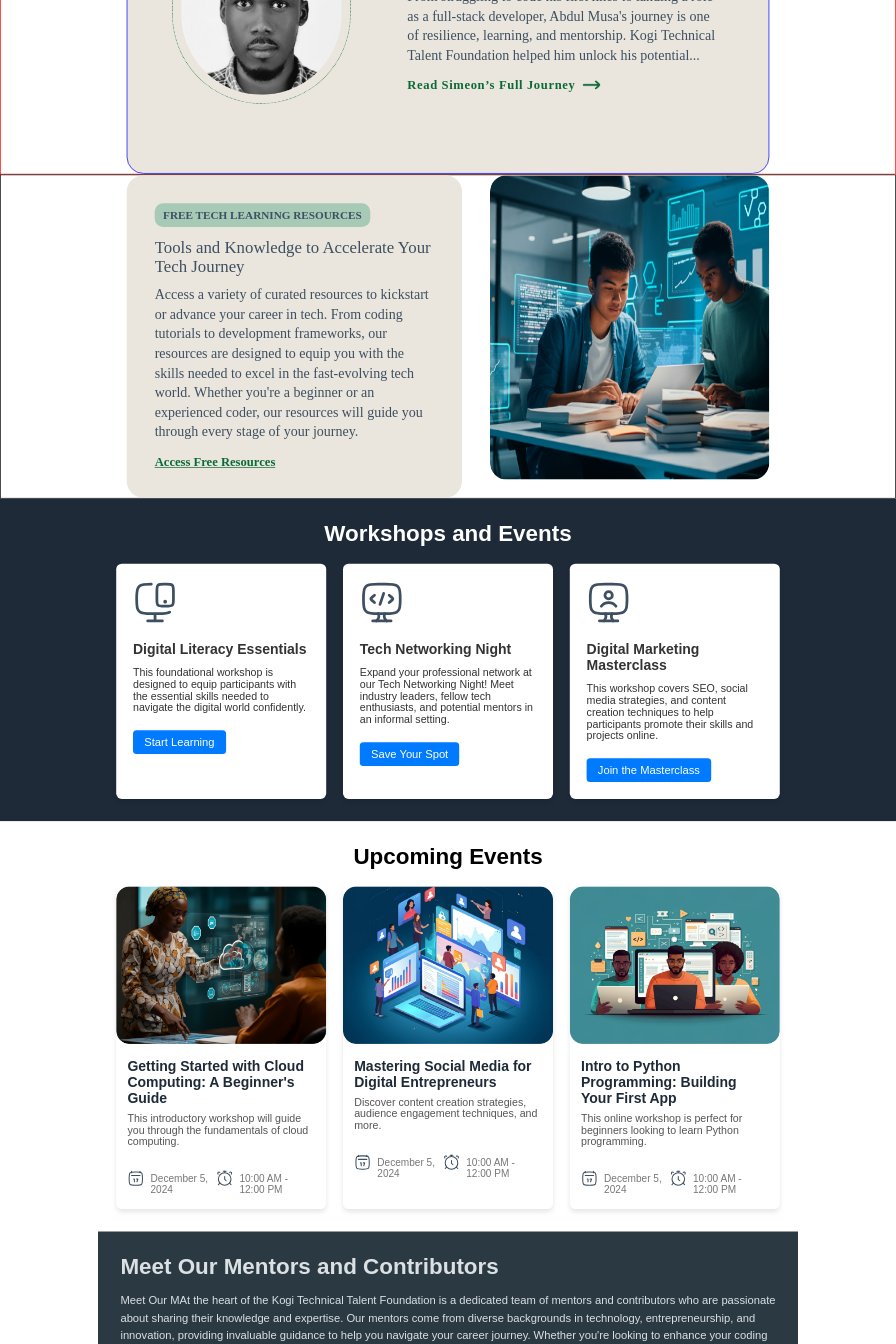
Repository: Cryptim/3MTT-Kogi-Foundation
Page: index.html
An editor plug-in stored every save of this project. The page is shown before and after the next save, followed by the edit.
The browser window is 1280 px wide. The pictures show the part of the page from y = 826 to 2746 px (the page is 7206 px tall before and 7391 px after), at 70% of full size.

Above is the page before, as saved 2024-11-15 02:29:47.

After the next save:
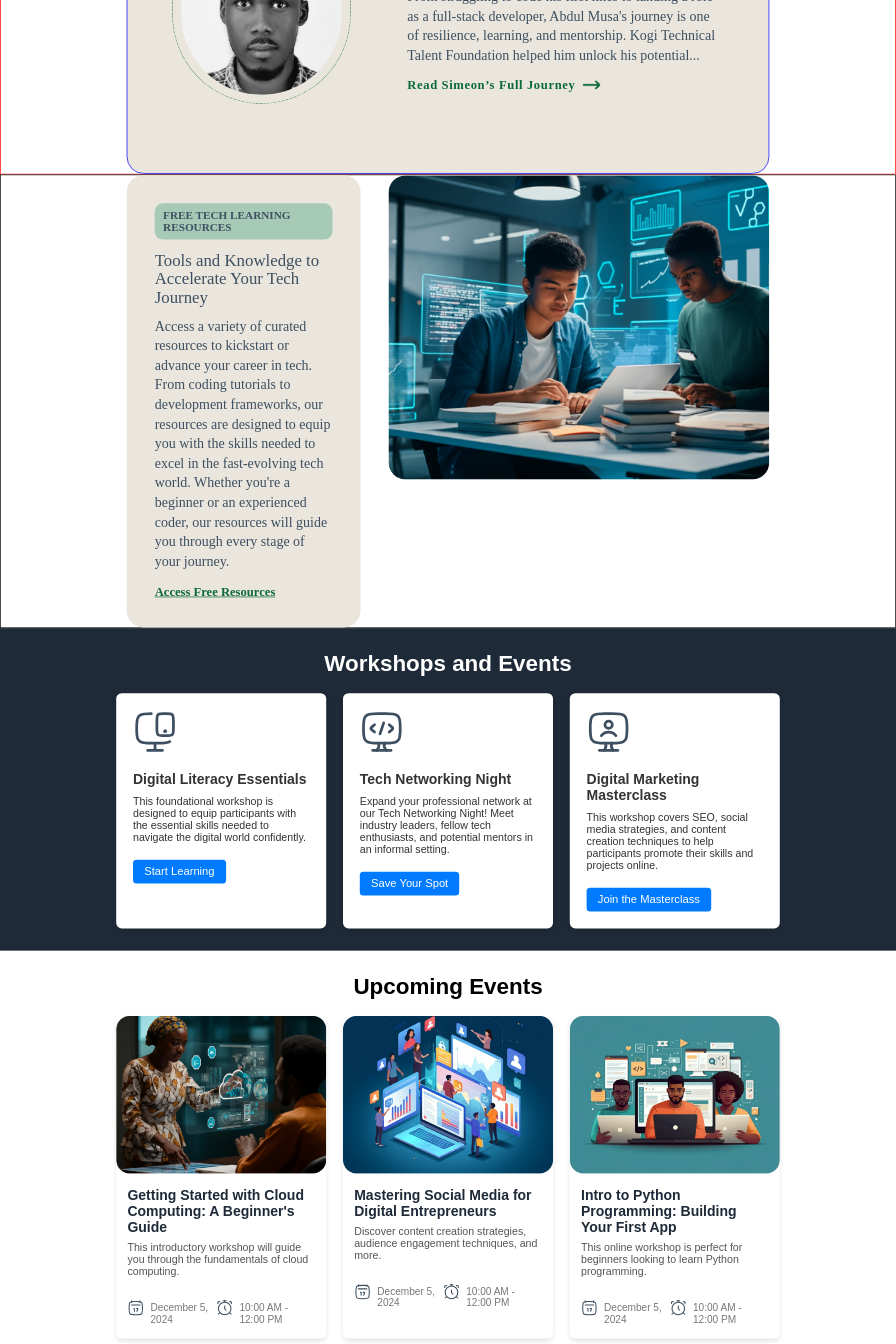
Saved 29 s later.
--- a/index.html
+++ b/index.html
@@ -157,7 +157,7 @@
       </div>
       <div style="flex: 1">
         <img
-          style="width: 100%;height: 435px; border-radius: 24px"
+          style="width: 1;height: 435px; border-radius: 24px"
           src="assets/images/Resources image 1.png"
           alt="Tech Journey"
         />
